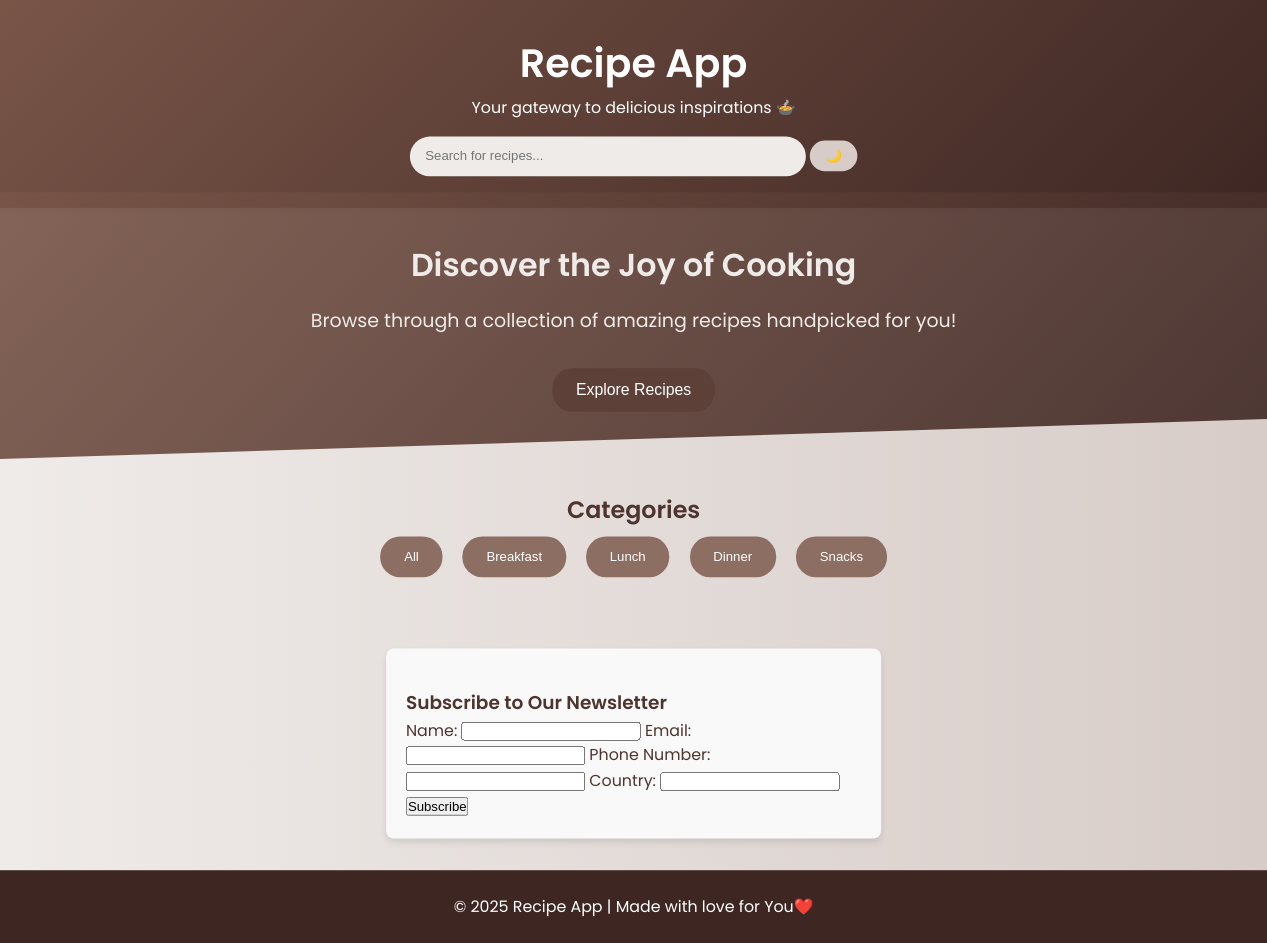
Repository: Patience225/recipe-app
Page: index.html
These files come from the project's save history. The page is drawn as it stood at one moment and after the next save; the edit follows.
The browser window is 1280 px wide. The pictures show the whole page, at 99% of full size.

Above is the page before, as saved 2025-01-30 03:40:59.
Console error: TypeError: Cannot read properties of null (reading 'addEventListener')

### index.html
<!DOCTYPE html>
<html lang="en">
<head>
  <meta charset="UTF-8">
  <meta name="viewport" content="width=device-width, initial-scale=1.0">
  <title>Recipe App</title>
  <link href="https://fonts.googleapis.com/css2?family=Poppins:wght@400;600&display=swap" rel="stylesheet">
  <link rel="stylesheet" href="styles.css">
  <link rel="icon" href="images/favicon-logo-recipe.png" type="image/png">
</head>
<body>
  <header>
    <h1>Recipe App</h1>
    <p>Your gateway to delicious inspirations 🍲</p>
    <input type="text" id="search" placeholder="Search for recipes...">
    <button id="theme-toggle">🌙</button>
  </header>

  <section class="hero">
    <h2>Discover the Joy of Cooking</h2>
    <p>Browse through a collection of amazing recipes handpicked for you!</p>
    <button id="explore-btn">Explore Recipes</button>
  </section>

  <section id="categories">
    <h2>Categories</h2>
    <div class="category-buttons">
      <button data-category="All">All</button>
      <button data-category="Breakfast">Breakfast</button>
      <button data-category="Lunch">Lunch</button>
      <button data-category="Dinner">Dinner</button>
      <button data-category="Snacks">Snacks</button>
    </div>
  </section>

  <section id="recipe-list"></section>

  <div id="recipe-modal" class="modal">
    <div class="modal-content">
      <span class="close-btn">&times;</span>
      <h2 id="modal-title">Click on a Recipe to View...</h2>
      <img id="modal-image" src="" alt="">
      <h3>Ingredients:</h3>
      <ul id="modal-ingredients"></ul>
      <h3>Preparation Steps:</h3>
      <ol id="modal-preparation"></ol>
    </div>
  </div>

  <div id="recipe-form-container">
    <h3>Subscribe to Our Newsletter</h3>
      <label for="user-name">Name:</label>
      <input type="text" id="user-name" required>

      <label for="user-email">Email:</label>
      <input type="email" id="user-email" required>

      <label for="user-phone">Phone Number:</label>
      <input type="tel" id="user-phone" required>

      <label for="user-country">Country:</label>
      <input type="text" id="user-country" required>

      <button type="submit">Subscribe</button>
    </form>
  </div>

  <footer>
    <p>&copy; 2025 Recipe App | Made with love for You❤️</p>
  </footer>

  <script src="script.js"></script>
  <script>
    if ("serviceWorker" in navigator) {
      window.addEventListener("load", () => {
        navigator.serviceWorker.register("/sw.js").then(
          (registration) => {
            console.log("Service Worker registered with scope:", registration.scope);
          },
          (error) => {
            console.log("Service Worker registration failed:", error);
          }
        );
      });
    }
  </script>
</body>
</html>

### styles.css
* {
  margin: 0;
  padding: 0;
  box-sizing: border-box;
}

body {
  font-family: 'Poppins', sans-serif;
  background: linear-gradient(to right, #efebe9, #d7ccc8);
  color: #4e342e;
  line-height: 1.6;
}

header {
  background: linear-gradient(135deg, #795548, #3e2723);
  text-align: center;
  color: #fff;
  padding: 2rem;
  box-shadow: 0 4px 10px rgba(0, 0, 0, 0.1);
}

header h1 {
  font-size: 2.5rem;
  font-weight: 600;
}

header input {
  margin-top: 1rem;
  padding: 0.8rem 1rem;
  border-radius: 20px;
  border: none;
  outline: none;
  width: 80%;
  max-width: 400px;
  background: #efebe9;
  color: #4e342e;
}

header #theme-toggle {
  margin-top: 1rem;
  padding: 0.5rem 1rem;
  border: none;
  background: #d7ccc8;
  color: #3e2723;
  border-radius: 20px;
  cursor: pointer;
}

.hero {
  background: linear-gradient(135deg, rgba(121, 85, 72, 0.9), rgba(62, 39, 35, 0.9));
  color: #efebe9;
  text-align: center;
  padding: 3rem 2rem;
  margin-top: -1rem;
  clip-path: polygon(0 0, 100% 0, 100% 85%, 0 100%);
}

.hero h2 {
  font-size: 2rem;
  margin-bottom: 1rem;
}

.hero p {
  font-size: 1.2rem;
  margin-bottom: 2rem;
}

.hero button {
  padding: 0.8rem 1.5rem;
  background-color: #5d4037;
  color: white;
  border: none;
  border-radius: 20px;
  font-size: 1rem;
  cursor: pointer;
}

.hero button:hover {
  background-color: #4e342e;
}

#categories {
  margin: 2rem auto;
  text-align: center;
}

.category-buttons button {
  margin: 0.5rem;
  padding: 0.8rem 1.5rem;
  background-color: #8d6e63;
  color: white;
  border: none;
  border-radius: 20px;
  cursor: pointer;
}

.category-buttons button:hover {
  background-color: #6d4c41;
}

#recipe-list {
  display: grid;
  grid-template-columns: repeat(auto-fill, minmax(250px, 1fr));
  gap: 1.5rem;
  margin: 2rem;
}

.recipe-card {
  background: rgba(236, 224, 216, 0.8);
  backdrop-filter: blur(10px);
  border-radius: 15px;
  box-shadow: 0 8px 15px rgba(0, 0, 0, 0.1);
  transition: transform 0.3s;
  overflow: hidden;
}

.recipe-card img {
  width: 100%;
  height: 150px;
  object-fit: cover;
}

.recipe-card h3 {
  padding: 1rem;
  font-size: 1.2rem;
  color: #4e342e;
}

.recipe-card:hover {
  transform: scale(1.05);
}

footer {
  text-align: center;
  padding: 1.5rem;
  background: #3e2723;
  color: white;
  margin-top: 2rem;
}

body.dark-theme {
  background: #212121;
  color: white;
}

body.dark-theme header {
  background: linear-gradient(135deg, #4e342e, #3e2723);
}

body.dark-theme .hero {
  background: linear-gradient(135deg, rgba(62, 39, 35, 0.9), rgba(33, 33, 33, 0.9));
}

body.dark-theme .recipe-card {
  background: rgba(62, 39, 35, 0.8);
}

body.dark-theme footer {
  background: #3e2723;
}

#recipe-form-container {
  max-width: 500px;
  margin: 0 auto;
  padding: 20px;
  background-color: #f9f9f9;
  border-radius: 8px;
  box-shadow: 0 4px 8px rgba(0, 0, 0, 0.1);
}

#recipe-form label {
  display: block;
  margin-bottom: 8px;
  font-weight: 600;
}

#recipe-form input,
#recipe-form select,
#recipe-form button {
  width: 100%;
  padding: 10px;
  margin-bottom: 15px;
  border: 1px solid #ccc;
  border-radius: 4px;
  font-size: 16px;
}

#recipe-form button {
  background-color: #4e342e;
  color: #fff;
  border: none;
  cursor: pointer;
  transition: background-color 0.3s ease;
}

#recipe-form button:hover {
  background-color: #4e342e;
}


#recipe-form {
  display: flex;
  flex-direction: column;
  gap: 10px;
}

/* Modal styling */
.modal {
  display: none;
  position: fixed;
  z-index: 1;
  left: 0;
  top: 0;
  width: 100%;
  height: 100%;
  overflow: auto;
  background-color: rgba(0, 0, 0, 0.5);
}

.modal-content {
  background-color: #fefefe;
  margin: 10% auto;
  padding: 20px;
  border: 1px solid #888;
  width: 80%;
  max-width: 600px;
  border-radius: 8px;
}

.close-btn {
  color: #aaa;
  float: right;
  font-size: 28px;
  font-weight: bold;
}

.close-btn:hover,
.close-btn:focus {
  color: black;
  text-decoration: none;
  cursor: pointer;
}

#modal-image {
  width: 100%;
  height: auto;
  margin-bottom: 20px;
}

h3 {
  margin-top: 20px;
}

ul, ol {
  margin-left: 20px;
}

Loaded but not shown: script.js (624 lines, source omitted)

After the next save:
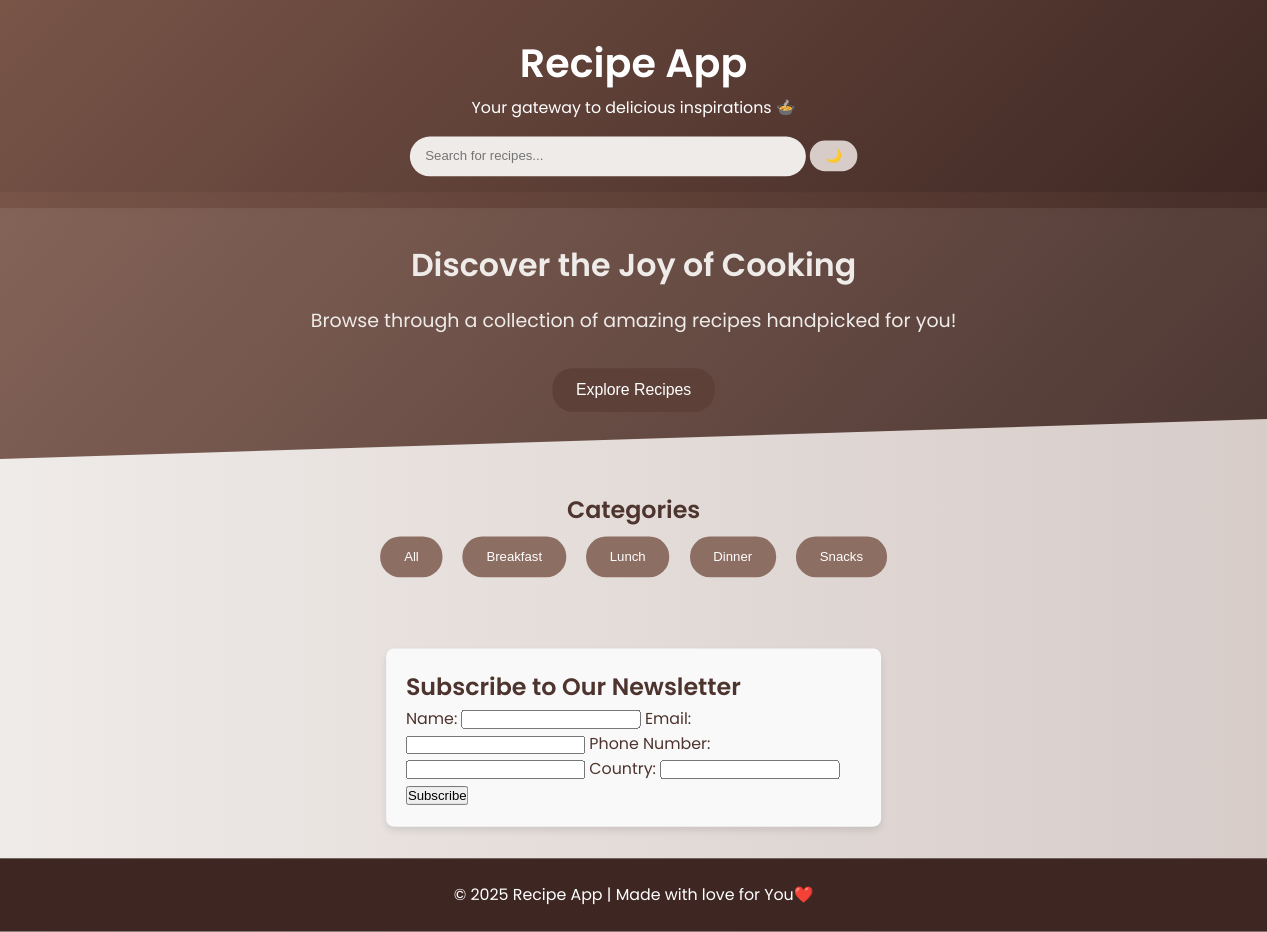
Saved 11 s later.
--- a/index.html
+++ b/index.html
@@ -48,7 +48,7 @@
   </div>
 
   <div id="recipe-form-container">
-    <h3>Subscribe to Our Newsletter</h3>
+    <h2>Subscribe to Our Newsletter</h2>
       <label for="user-name">Name:</label>
       <input type="text" id="user-name" required>
 
